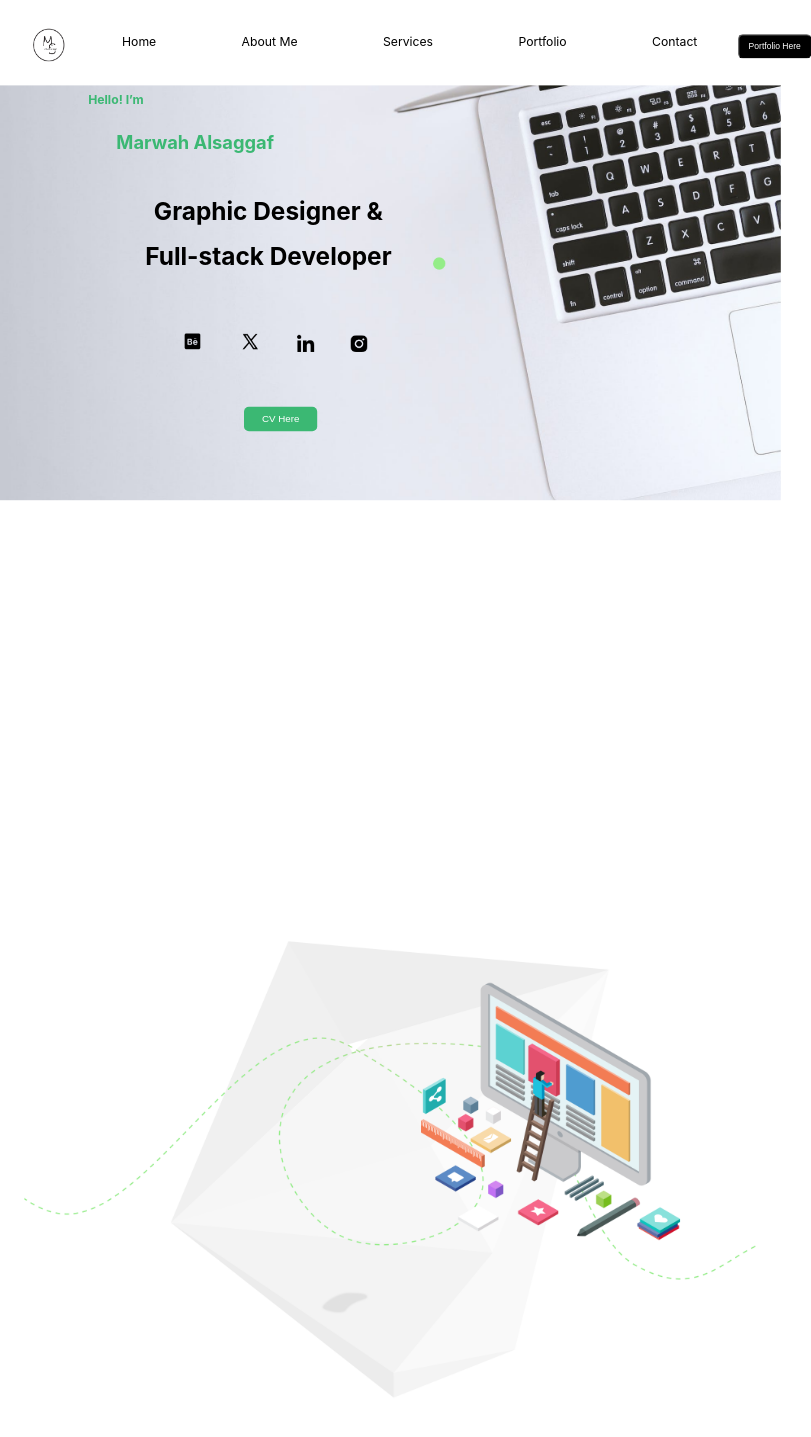
Repository: MEROO1010/Portfolio-2
Page: /
These files come from the project's save history. The page is drawn as it stood at one moment and after the next save; the edit follows.
The browser window is 1280 px wide. The page is 1330 px wide, so the pictures cover 1330 px, including what lies to the right of the window. The pictures show the whole page, at 61% of full size.
The project was rebuilt for these pictures with package versions that can differ from the ones it lists, and the page was loaded fresh each time.

Above is the page before, as saved 2023-12-17 13:03:05.

After the next save:
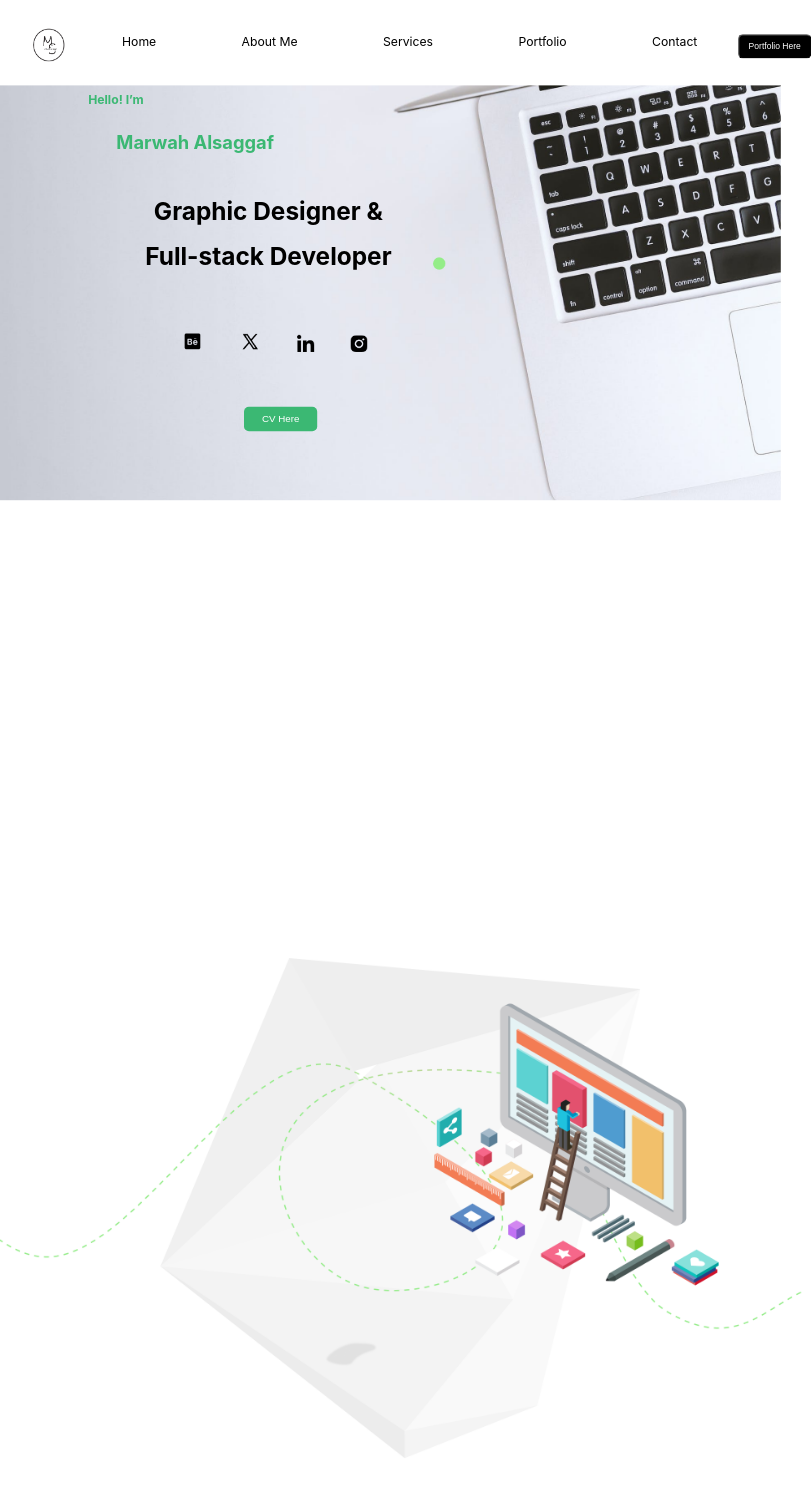
Saved 19 s later.
--- a/src/components/AboutMe.js
+++ b/src/components/AboutMe.js
@@ -13,7 +13,7 @@
 
 const Container = styled.div `
   img{
-    width:1200px;
+    height:1200px;
   }
 `
 

After the save that followed:
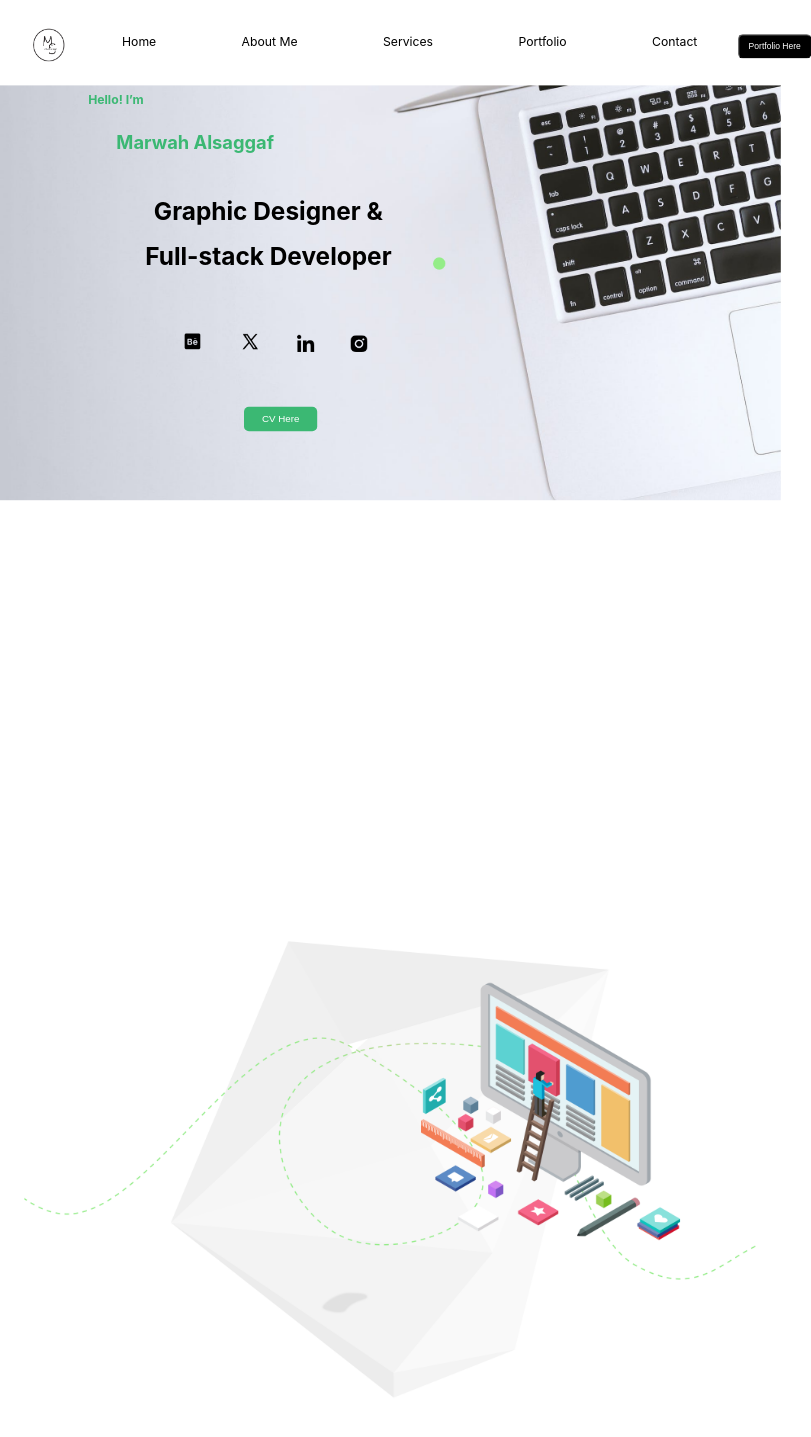
Saved 16 s later.
--- a/src/components/AboutMe.js
+++ b/src/components/AboutMe.js
@@ -13,7 +13,7 @@
 
 const Container = styled.div `
   img{
-    height:1200px;
+    width:1200px;
   }
 `
 
